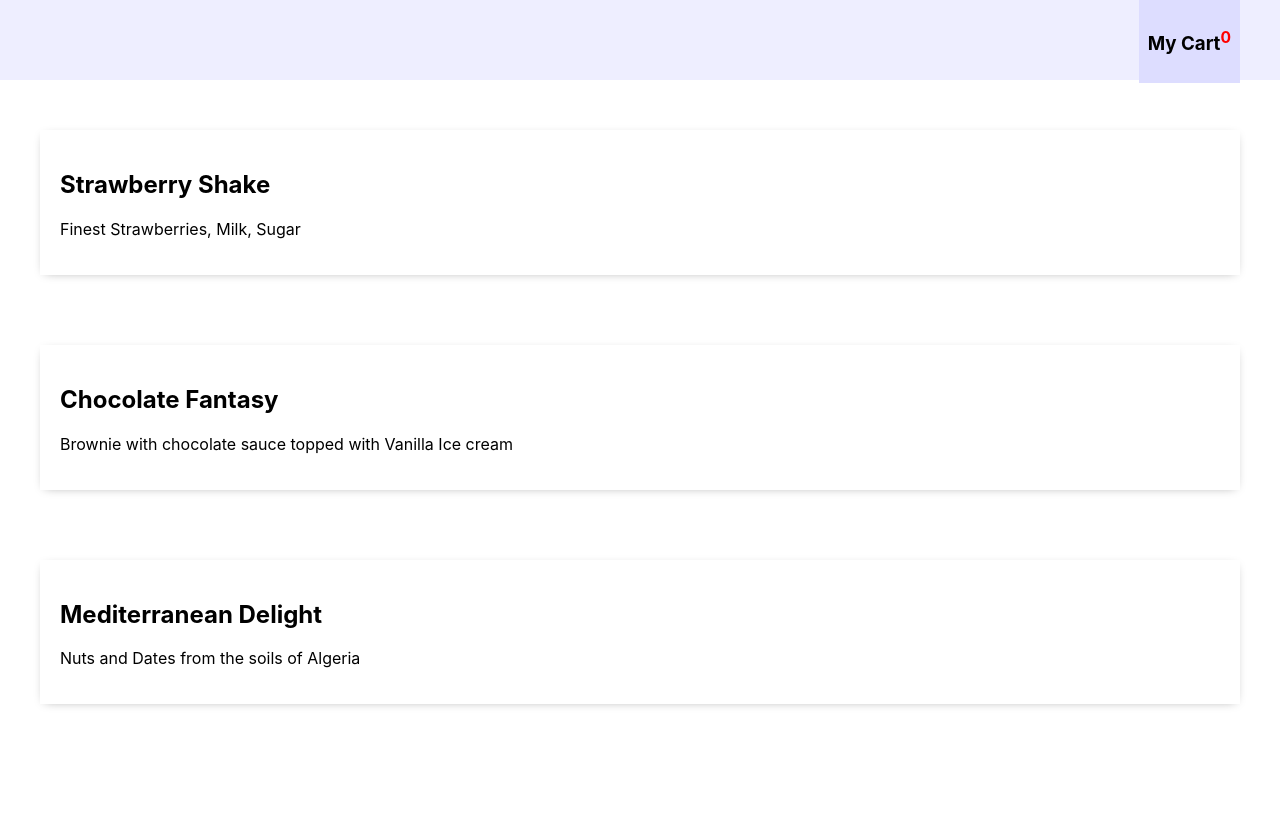
Repository: suhail-yazdan/shopping-cart-react
Page: /
The author's editor kept a copy of each file at every save. The page is drawn from the files as they stood at one save, then again after the next save.
The browser window is 1280 px wide. The pictures show the whole page.
The project was rebuilt for these pictures with package versions that can differ from the ones it lists, and the page was loaded fresh each time.

Above is the page before, as saved 2023-10-09 14:58:01.

### src/App.js
import { useState } from 'react';
import './App.css';
import Card from "./Card.jsx";
import Cart from "./Cart.jsx";

function App() {
  const [displayCart, setDisplayCart] = useState(false);
  const [products, setProducts] = useState([
    {
      pid: 1,
      name: "Strawberry Shake",
      desc: "Finest Strawberries, Milk, Sugar",
      price: 149,
      quantity: 0
    },
    {
      pid: 2,
      name: "Chocolate Fantasy",
      desc: "Brownie with chocolate sauce topped with Vanilla Ice cream",
      price: 249,
      quantity: 0
    },
    {
      pid: 3,
      name: "Mediterranean Delight",
      desc: "Nuts and Dates from the soils of Algeria",
      price: 329,
      quantity: 0
    }
  ])

  const handleQuantityIncreased = (prod, e) =>{
    e.stopPropagation();
    let sProducts = [...products];
    const ind = sProducts.indexOf(prod);
    if(sProducts[ind].quantity >= 0) sProducts[ind].quantity++;
    setProducts(sProducts)
    setDisplayCart(true)
  }

  const handleQuantityDecreased = (prod, e) =>{
    e.stopPropagation();
    let sProducts = [...products];
    const ind = sProducts.indexOf(prod);
    if(sProducts[ind].quantity > 0) sProducts[ind].quantity--;
    setProducts(sProducts)
    setDisplayCart(true)
  }

  return (
    <div>
      <header>
        <div className="grid1200">
          <Cart showCart={displayCart} setShowCart={() => setDisplayCart(!displayCart)} products={products} />
        </div>
      </header>

      <main>
        <div className="grid1200">
          {products.map((product) => (
            <Card
              key = {product.pid}
              productDetail = {product}
              onQuantityIncreased = {e => handleQuantityIncreased(product, e)}
              onQuantityDecreased = {e => handleQuantityDecreased(product, e)}
            />
          ))}
        </div>
      </main>
    </div>
  );
}

export default App;

### src/App.css
main {
  padding: 50px 0px;
}

div.grid1200 {
  width: 1200px;
  margin: 0px auto;
}

header {
  height: 80px;
  background-color: #eef;
}

### src/Card.jsx
import React, { useState } from 'react'
import Counter from './Counter'
import "./cardstyle.css"

const Card = (props) => {
  const [cardSelected, setCardSelected] = useState(false)

  const getCardClass = () => {
    let cardClass = cardSelected === true ? "card selected" : "card deselected";
    return cardClass
  }

  const getOverlayState = () => {
    let overlayClass = cardSelected === true ? "overlay show" : "overlay hide";
    return overlayClass;
  };

  return (
    <div className={getCardClass()} onClick={() => setCardSelected(!cardSelected)}>
      <h2> {props.productDetail.name} </h2>
      <p>{props.productDetail.desc}</p>
      <div className={getOverlayState()}>
        <Counter
          product = {props.productDetail}
          onIncrement={props.onQuantityIncreased}
          onDecrement={props.onQuantityDecreased}
          />
      </div>
    </div>
  )
}

export default Card

### src/Cart.jsx
import "./cartstyle.css"

const Cart = (props) => {
  return (
    <div className="cart">
      <h3 onClick={props.setShowCart} className="cart">
        My Cart
        <sup className="totalItems">
          {props.products.reduce((total, product) => total + product.quantity, 0)}
        </sup>
      </h3>

      {props.showCart &&
        <div className="popup">
          <ul>
            {props.products.map(item =>(
              <li key={item.pid}>
                {item.quantity ? `${item.name}: ${item.quantity}` : ""}
              </li>
            ))}
          </ul>
        </div>
      }
    </div>
  )
}

export default Cart

### src/Counter.js
import "./counterstyle.css";

export default function Counter(props) {
    return (
      <div className="counter">
        Quantity &nbsp;
        <span className={props.product.quantity === 0 ? "badge badge-warning" : "badge badge-primary"}>
          {props.product.quantity === 0 ? "Zero": props.product.quantity}
        </span>
        &nbsp;
        <button className="btn btn-secondary" onClick={props.onIncrement}>
          +
        </button>
        <button className="btn btn-secondary" onClick={props.onDecrement}>
          -
        </button>
      </div>
    );
}

### src/cardstyle.css
.card {
  padding: 20px;
  margin-bottom: 70px;
  cursor: pointer;
  box-shadow: 0px 2px 10px -5px rgba(0, 0, 0, 0.4);
  position: relative;
}

.selected {
  background-color: rgba(220, 235, 255, 0.7);
}

.deselected {
  background-color: white;
}

.overlay {
  width: 100%;
  height: 100%;
  position: absolute;
  z-index: 20;
  top: 0px;
  left: 0px;
}

.show {
  display: block;
}

.hide {
  display: none;
}

### src/cartstyle.css
div.cart {
  padding: 9px;
  background-color: #ddf;
  float: right;
  position: relative;
  cursor: pointer;
}

div.popup {
  position: absolute;
  z-index: 200;
  width: 200px;
  height: 150px;
  padding: 15px 20px;
  background-color: #ccd;
  top: 80px;
  right: 0px;
}

.menu-on {
  display: block;
}

.menu-off {
  display: none;
}

.cart ul {
  margin: 0px;
  padding: 0px;
  list-style-type: none;
}

.cart ul li {
  line-height: 40px;
}


.totalItems{
  color: red;
}

### src/counterstyle.css
.counter {
    float: right;
    margin-top: 65px;
    margin-right: 50px;
    display: flex;
    align-items: center;
  }

  .badge {
    padding: 2px 8px;
    border-radius: 6px;
    background-color: #222;
    font-weight: bold;
  }

  .badge-primary {
    background-color: #36b;
    color: white;
  }

  .badge-secondary {
    background-color: #666;
    color: white;
  }

  .badge-warning {
    background-color: #db0;
    color: black;
  }

  .btn {
    padding: 4px 8px;
    border-radius: 3px;
    cursor: pointer;
    background-color: #222;
    color: white;
    border: none;
    margin-left: 3px;
  }

  .btn-secondary {
    background-color: #666;
  }

  .btn-danger {
    background-color: #d33;
  }

Loaded but not shown: public/index.html (common file); src/index.js (common file); src/index.css (common file); src/reportWebVitals.js (common file)

After the next save:
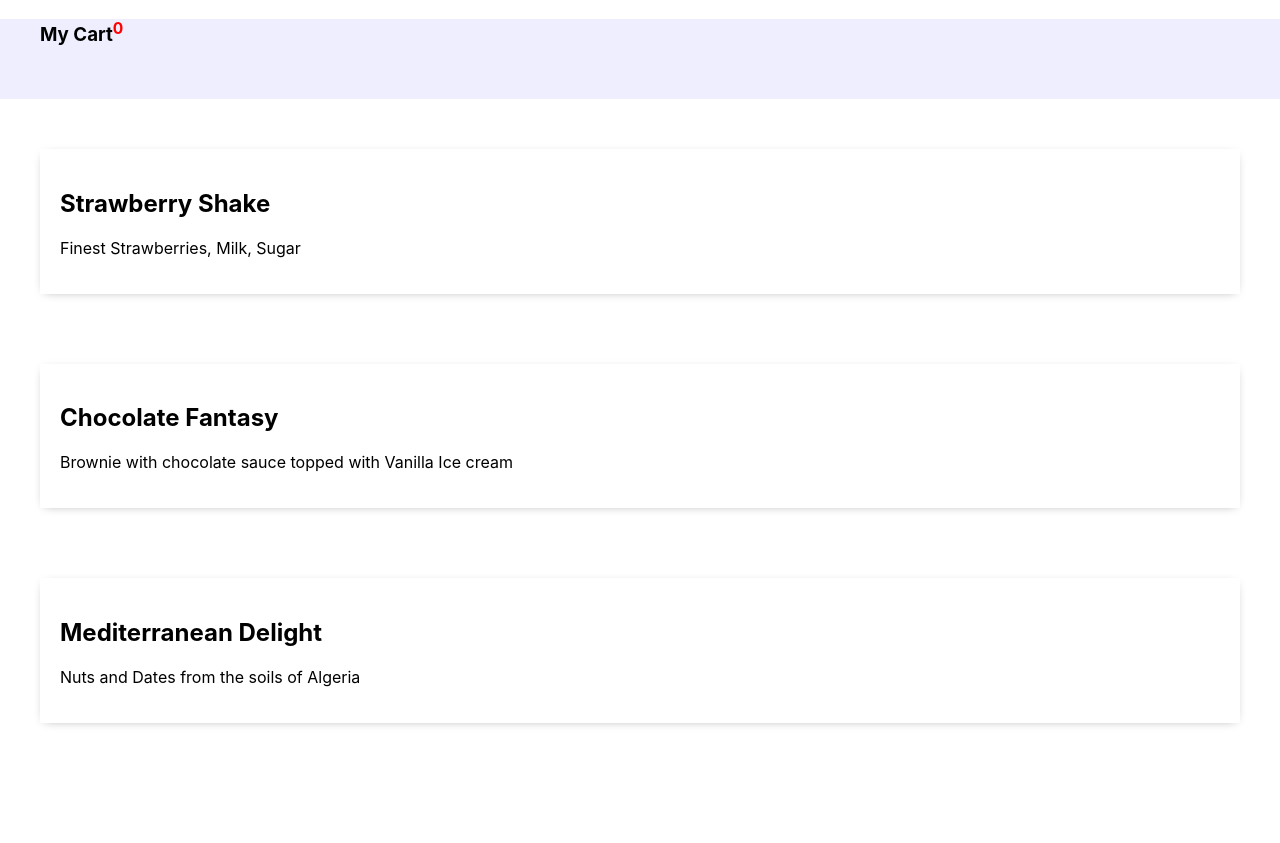
Saved 15 s later.
--- a/src/Cart.jsx
+++ b/src/Cart.jsx
@@ -2,7 +2,7 @@
 
 const Cart = (props) => {
   return (
-    <div className="cart">
+    <div >
       <h3 onClick={props.setShowCart} className="cart">
         My Cart
         <sup className="totalItems">

After the save that followed:
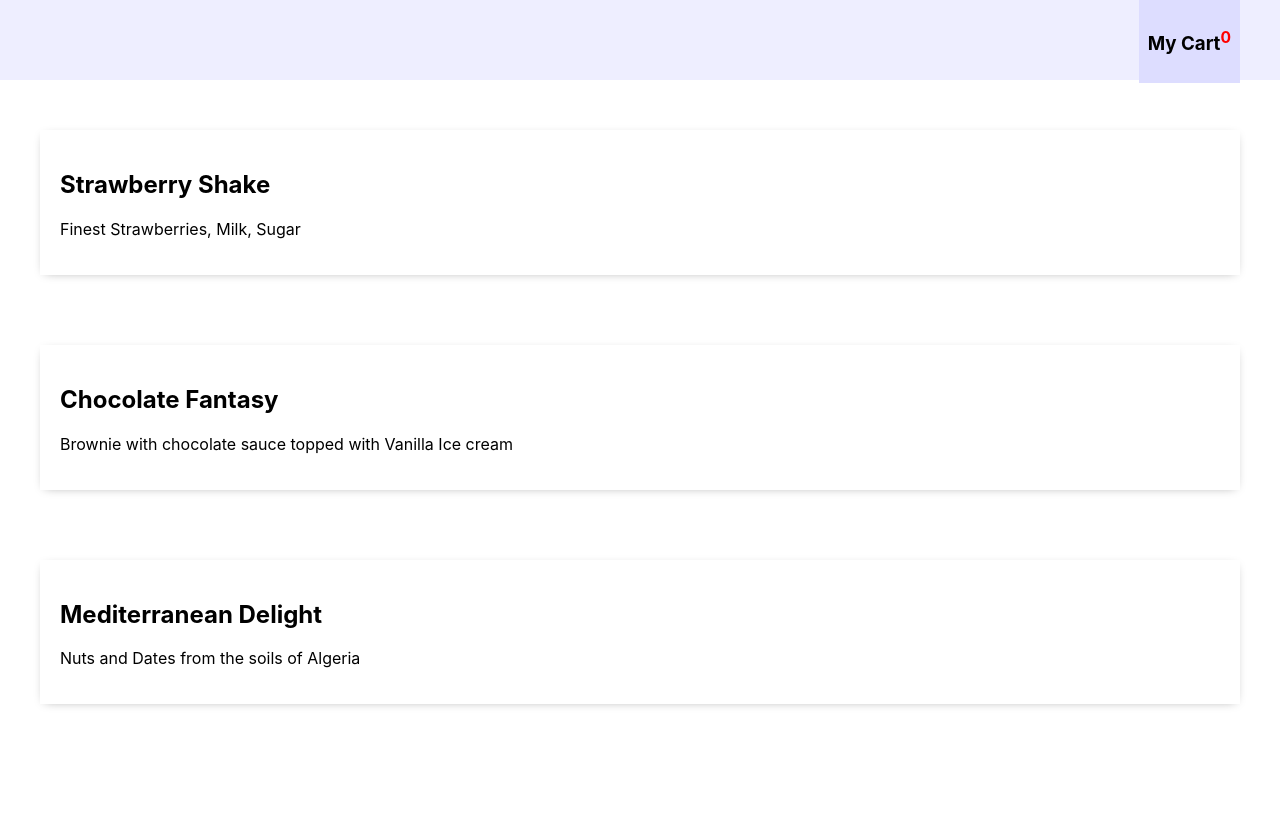
Saved 5 s later.
--- a/src/Cart.jsx
+++ b/src/Cart.jsx
@@ -2,7 +2,7 @@
 
 const Cart = (props) => {
   return (
-    <div >
+    <div className="cart">
       <h3 onClick={props.setShowCart} className="cart">
         My Cart
         <sup className="totalItems">
